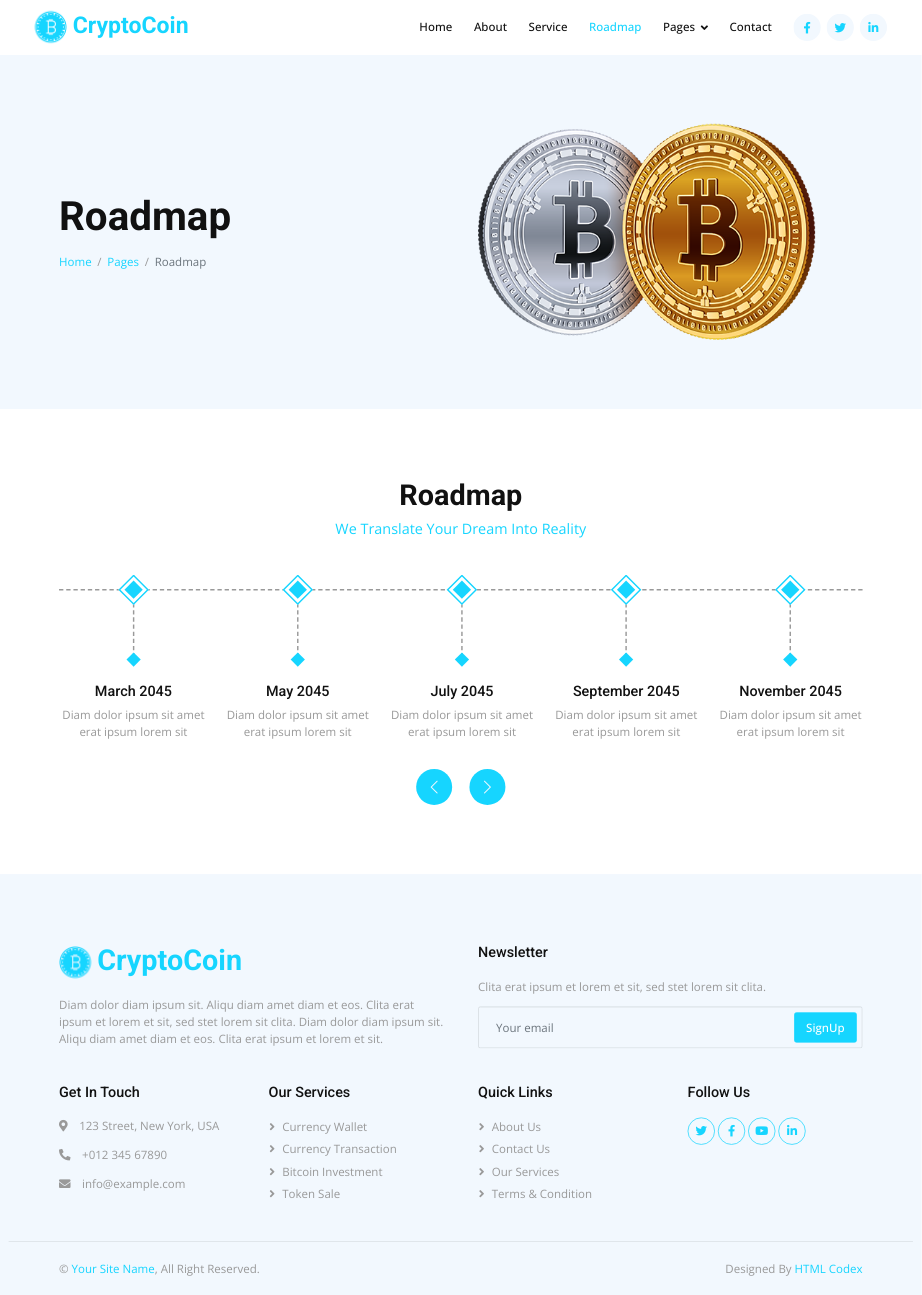
Repository: meenadabhii/nexacrypto
Page: roadmap.html
An editor plug-in stored every save of this project. The page is shown before and after the next save, followed by the edit.
The browser window is 1280 px wide. The pictures show the whole page, at 72% of full size.
Some web libraries are served in a nearby version.

Above is the page before, as saved 2025-03-21 17:04:52.

### roadmap.html
<!DOCTYPE html>
<html lang="en">

<head>
    <meta charset="utf-8">
    <title>CryptoCoin - Free Cryptocurrency Website Template</title>
    <meta content="width=device-width, initial-scale=1.0" name="viewport">
    <meta content="" name="keywords">
    <meta content="" name="description">

    <!-- Favicon -->
    <link href="img/favicon.ico" rel="icon">

    <!-- Google Web Fonts -->
    <link rel="preconnect" href="https://fonts.googleapis.com">
    <link rel="preconnect" href="https://fonts.gstatic.com" crossorigin>
    <link href="https://fonts.googleapis.com/css2?family=Open+Sans:wght@400;500&family=Roboto:wght@500;700&display=swap" rel="stylesheet">

    <!-- Icon Font Stylesheet -->
    <link href="https://cdnjs.cloudflare.com/ajax/libs/font-awesome/5.10.0/css/all.min.css" rel="stylesheet">
    <link href="https://cdn.jsdelivr.net/npm/bootstrap-icons@1.4.1/font/bootstrap-icons.css" rel="stylesheet">

    <!-- Libraries Stylesheet -->
    <link href="lib/animate/animate.min.css" rel="stylesheet">
    <link href="lib/owlcarousel/assets/owl.carousel.min.css" rel="stylesheet">

    <!-- Customized Bootstrap Stylesheet -->
    <link href="css/bootstrap.min.css" rel="stylesheet">

    <!-- Template Stylesheet -->
    <link href="css/style.css" rel="stylesheet">
</head>

<body>
    <!-- Spinner Start -->
    <div id="spinner" class="show bg-white position-fixed translate-middle w-100 vh-100 top-50 start-50 d-flex align-items-center justify-content-center">
        <div class="spinner-grow text-primary" role="status"></div>
    </div>
    <!-- Spinner End -->


    <!-- Navbar Start -->
    <nav class="navbar navbar-expand-lg bg-white navbar-light sticky-top p-0 px-4 px-lg-5">
        <a href="index.html" class="navbar-brand d-flex align-items-center">
            <h2 class="m-0 text-primary"><img class="img-fluid me-2" src="img/icon-1.png" alt="" style="width: 45px;">CryptoCoin</h2>
        </a>
        <button type="button" class="navbar-toggler" data-bs-toggle="collapse" data-bs-target="#navbarCollapse">
            <span class="navbar-toggler-icon"></span>
        </button>
        <div class="collapse navbar-collapse" id="navbarCollapse">
            <div class="navbar-nav ms-auto py-4 py-lg-0">
                <a href="index.html" class="nav-item nav-link">Home</a>
                <a href="about.html" class="nav-item nav-link">About</a>
                <a href="service.html" class="nav-item nav-link">Service</a>
                <a href="roadmap.html" class="nav-item nav-link active">Roadmap</a>
                <div class="nav-item dropdown">
                    <a href="#" class="nav-link dropdown-toggle" data-bs-toggle="dropdown">Pages</a>
                    <div class="dropdown-menu shadow-sm m-0">
                        <a href="feature.html" class="dropdown-item">Feature</a>
                        <a href="token.html" class="dropdown-item">Token Sale</a>
                        <a href="faq.html" class="dropdown-item">FAQs</a>
                        <a href="404.html" class="dropdown-item">404 Page</a>
                    </div>
                </div>
                <a href="contact.html" class="nav-item nav-link">Contact</a>
            </div>
            <div class="h-100 d-lg-inline-flex align-items-center d-none">
                <a class="btn btn-square rounded-circle bg-light text-primary me-2" href=""><i class="fab fa-facebook-f"></i></a>
                <a class="btn btn-square rounded-circle bg-light text-primary me-2" href=""><i class="fab fa-twitter"></i></a>
                <a class="btn btn-square rounded-circle bg-light text-primary me-0" href=""><i class="fab fa-linkedin-in"></i></a>
            </div>
        </div>
    </nav>
    <!-- Navbar End -->


    <!-- Header Start -->
    <div class="container-fluid hero-header bg-light py-5 mb-5">
        <div class="container py-5">
            <div class="row g-5 align-items-center">
                <div class="col-lg-6">
                    <h1 class="display-4 mb-3 animated slideInDown">Roadmap</h1>
                    <nav aria-label="breadcrumb animated slideInDown">
                        <ol class="breadcrumb mb-0">
                            <li class="breadcrumb-item"><a href="#">Home</a></li>
                            <li class="breadcrumb-item"><a href="#">Pages</a></li>
                            <li class="breadcrumb-item active" aria-current="page">Roadmap</li>
                        </ol>
                    </nav>
                </div>
                <div class="col-lg-6 animated fadeIn">
                    <img class="img-fluid animated pulse infinite" style="animation-duration: 3s;" src="img/hero-2.png" alt="">
                </div>
            </div>
        </div>
    </div>
    <!-- Header End -->


    <!-- Roadmap Start -->
    <div class="container-xxl py-5">
        <div class="container">
            <div class="text-center mx-auto wow fadeInUp" data-wow-delay="0.1s" style="max-width: 500px;">
                <h1 class="display-6">Roadmap</h1>
                <p class="text-primary fs-5 mb-5">We Translate Your Dream Into Reality</p>
            </div>
            <div class="owl-carousel roadmap-carousel wow fadeInUp" data-wow-delay="0.1s">
                <div class="roadmap-item">
                    <div class="roadmap-point"><span></span></div>
                    <h5>January 2045</h5>
                    <span>Diam dolor ipsum sit amet erat ipsum lorem sit</span>
                </div>
                <div class="roadmap-item">
                    <div class="roadmap-point"><span></span></div>
                    <h5>March 2045</h5>
                    <span>Diam dolor ipsum sit amet erat ipsum lorem sit</span>
                </div>
                <div class="roadmap-item">
                    <div class="roadmap-point"><span></span></div>
                    <h5>May 2045</h5>
                    <span>Diam dolor ipsum sit amet erat ipsum lorem sit</span>
                </div>
                <div class="roadmap-item">
                    <div class="roadmap-point"><span></span></div>
                    <h5>July 2045</h5>
                    <span>Diam dolor ipsum sit amet erat ipsum lorem sit</span>
                </div>
                <div class="roadmap-item">
                    <div class="roadmap-point"><span></span></div>
                    <h5>September 2045</h5>
                    <span>Diam dolor ipsum sit amet erat ipsum lorem sit</span>
                </div>
                <div class="roadmap-item">
                    <div class="roadmap-point"><span></span></div>
                    <h5>November 2045</h5>
                    <span>Diam dolor ipsum sit amet erat ipsum lorem sit</span>
                </div>
            </div>
        </div>
    </div>
    <!-- Roadmap End -->


    <!-- Footer Start -->
    <div class="container-fluid bg-light footer mt-5 pt-5 wow fadeIn" data-wow-delay="0.1s">
        <div class="container py-5">
            <div class="row g-5">
                <div class="col-md-6">
                    <h1 class="text-primary mb-4"><img class="img-fluid me-2" src="img/icon-1.png" alt="" style="width: 45px;">CryptoCoin</h1>
                    <span>Diam dolor diam ipsum sit. Aliqu diam amet diam et eos. Clita erat ipsum et lorem et sit, sed stet lorem sit clita. Diam dolor diam ipsum sit. Aliqu diam amet diam et eos. Clita erat ipsum et lorem et sit.</span>
                </div>
                <div class="col-md-6">
                    <h5 class="mb-4">Newsletter</h5>
                    <p>Clita erat ipsum et lorem et sit, sed stet lorem sit clita.</p>
                    <div class="position-relative">
                        <input class="form-control bg-transparent w-100 py-3 ps-4 pe-5" type="text" placeholder="Your email">
                        <button type="button" class="btn btn-primary py-2 px-3 position-absolute top-0 end-0 mt-2 me-2">SignUp</button>
                    </div>
                </div>
                <div class="col-lg-3 col-md-6">
                    <h5 class="mb-4">Get In Touch</h5>
                    <p><i class="fa fa-map-marker-alt me-3"></i>123 Street, New York, USA</p>
                    <p><i class="fa fa-phone-alt me-3"></i>+012 345 67890</p>
                    <p><i class="fa fa-envelope me-3"></i>info@example.com</p>
                </div>
                <div class="col-lg-3 col-md-6">
                    <h5 class="mb-4">Our Services</h5>
                    <a class="btn btn-link" href="">Currency Wallet</a>
                    <a class="btn btn-link" href="">Currency Transaction</a>
                    <a class="btn btn-link" href="">Bitcoin Investment</a>
                    <a class="btn btn-link" href="">Token Sale</a>
                </div>
                <div class="col-lg-3 col-md-6">
                    <h5 class="mb-4">Quick Links</h5>
                    <a class="btn btn-link" href="">About Us</a>
                    <a class="btn btn-link" href="">Contact Us</a>
                    <a class="btn btn-link" href="">Our Services</a>
                    <a class="btn btn-link" href="">Terms & Condition</a>
                </div>
                <div class="col-lg-3 col-md-6">
                    <h5 class="mb-4">Follow Us</h5>
                    <div class="d-flex">
                        <a class="btn btn-square rounded-circle me-1" href=""><i class="fab fa-twitter"></i></a>
                        <a class="btn btn-square rounded-circle me-1" href=""><i class="fab fa-facebook-f"></i></a>
                        <a class="btn btn-square rounded-circle me-1" href=""><i class="fab fa-youtube"></i></a>
                        <a class="btn btn-square rounded-circle me-1" href=""><i class="fab fa-linkedin-in"></i></a>
                    </div>
                </div>
            </div>
        </div>
        <div class="container-fluid copyright">
            <div class="container">
                <div class="row">
                    <div class="col-md-6 text-center text-md-start mb-3 mb-md-0">
                        &copy; <a href="#">Your Site Name</a>, All Right Reserved.
                    </div>
                    <div class="col-md-6 text-center text-md-end">
                        <!--/*** This template is free as long as you keep the footer author’s credit link/attribution link/backlink. If you'd like to use the template without the footer author’s credit link/attribution link/backlink, you can purchase the Credit Removal License from "https://htmlcodex.com/credit-removal". Thank you for your support. ***/-->
                        Designed By <a href="https://htmlcodex.com">HTML Codex</a>
                    </div>
                </div>
            </div>
        </div>
    </div>
    <!-- Footer End -->


    <!-- Back to Top -->
    <a href="#" class="btn btn-lg btn-primary btn-lg-square rounded-circle back-to-top"><i class="bi bi-arrow-up"></i></a>


    <!-- JavaScript Libraries -->
    <script src="https://code.jquery.com/jquery-3.4.1.min.js"></script>
    <script src="https://cdn.jsdelivr.net/npm/bootstrap@5.0.0/dist/js/bootstrap.bundle.min.js"></script>
    <script src="lib/wow/wow.min.js"></script>
    <script src="lib/easing/easing.min.js"></script>
    <script src="lib/waypoints/waypoints.min.js"></script>
    <script src="lib/owlcarousel/owl.carousel.min.js"></script>
    <script src="lib/counterup/counterup.min.js"></script>

    <!-- Template Javascript -->
    <script src="js/main.js"></script>
</body>

</html>

### css/style.css
/********** Template CSS **********/
:root {
    --primary: #16D5FF;
    --secondary: #999999;
    --light: #F2F8FE;
    --dark: #111111;
}

.back-to-top {
    position: fixed;
    display: none;
    right: 30px;
    bottom: 60px;
    z-index: 99;
}

h4,
h5,
h6,
.h4,
.h5,
.h6 {
    font-weight: 500 !important;
}


/*** Spinner ***/
#spinner {
    opacity: 0;
    visibility: hidden;
    transition: opacity .5s ease-out, visibility 0s linear .5s;
    z-index: 99999;
}

#spinner.show {
    transition: opacity .5s ease-out, visibility 0s linear 0s;
    visibility: visible;
    opacity: 1;
}


/*** Button ***/
.btn {
    font-weight: 500;
    transition: .5s;
}

.btn.btn-primary {
    color: #FFFFFF;
}

.btn-square {
    width: 38px;
    height: 38px;
}

.btn-sm-square {
    width: 32px;
    height: 32px;
}

.btn-lg-square {
    width: 48px;
    height: 48px;
}

.btn-square,
.btn-sm-square,
.btn-lg-square {
    padding: 0;
    display: flex;
    align-items: center;
    justify-content: center;
    font-weight: normal;
}


/*** Navbar ***/
.navbar.sticky-top {
    top: -100px;
    transition: .5s;
}

.navbar .navbar-brand {
    height: 75px;
}

.navbar .navbar-nav .nav-link {
    margin-right: 30px;
    padding: 25px 0;
    color: var(--dark);
    font-weight: 500;
    outline: none;
}

.navbar .navbar-nav .nav-link:hover,
.navbar .navbar-nav .nav-link.active {
    color: var(--primary);
}

.navbar .dropdown-toggle::after {
    border: none;
    content: "\f107";
    font-family: "Font Awesome 5 Free";
    font-weight: 900;
    vertical-align: middle;
    margin-left: 8px;
}

@media (max-width: 991.98px) {
    .navbar .navbar-nav .nav-link  {
        margin-right: 0;
        padding: 10px 0;
    }

    .navbar .navbar-nav {
        border-top: 1px solid #EEEEEE;
    }
}

@media (min-width: 992px) {
    .navbar .nav-item .dropdown-menu {
        display: block;
        border: none;
        margin-top: 0;
        top: 150%;
        opacity: 0;
        visibility: hidden;
        transition: .5s;
    }

    .navbar .nav-item:hover .dropdown-menu {
        top: 100%;
        visibility: visible;
        transition: .5s;
        opacity: 1;
    }
}

.navbar .btn:hover {
    color: #FFFFFF !important;
    background: var(--primary) !important;
}


/*** Header ***/
.hero-header .breadcrumb-item+.breadcrumb-item::before {
    color: var(--secondary);
}


/*** Service ***/
.service-item {
    position: relative;
    overflow: hidden;
}

.service-item::after {
    position: absolute;
    content: "";
    width: 0;
    height: 0;
    top: -80px;
    right: -80px;
    border: 80px solid;
    transform: rotate(45deg);
    opacity: 1;
    transition: .5s;
}

.service-item.bg-white::after {
    border-color: transparent transparent var(--light) transparent;
}

.service-item.bg-light::after {
    border-color: transparent transparent #FFFFFF transparent;
}

.service-item:hover::after {
    opacity: 0;
}


/*** Roadmap ***/
.roadmap-carousel {
    position: relative;
}

.roadmap-carousel::before {
    position: absolute;
    content: "";
    height: 0;
    width: 100%;
    top: 20px;
    left: 0;
    border-top: 2px dashed var(--secondary);
}

.roadmap-carousel .roadmap-item .roadmap-point {
    position: absolute;
    width: 30px;
    height: 30px;
    top: 6px;
    left: 50%;
    margin-left: -15px;
    background: #FFFFFF;
    border: 2px solid var(--primary);
    transform: rotate(45deg);
    display: flex;
    align-items: center;
    justify-content: center;
}

.roadmap-carousel .roadmap-item .roadmap-point span {
    display: block;
    width: 18px;
    height: 18px;
    background: var(--primary);
}

.roadmap-carousel .roadmap-item {
    position: relative;
    padding-top: 150px;
    text-align: center;
}

.roadmap-carousel .roadmap-item::before {
    position: absolute;
    content: "";
    width: 0;
    height: 115px;
    top: 0;
    left: 50%;
    transform: translateX(-50%);
    border-right: 2px dashed var(--secondary);
}

.roadmap-carousel .roadmap-item::after {
    position: absolute;
    content: "";
    width: 14px;
    height: 14px;
    top: 111px;
    left: 50%;
    margin-left: -7px;
    transform: rotate(45deg);
    background: var(--primary);
}

.roadmap-carousel .owl-nav {
    margin-top: 40px;
    display: flex;
    justify-content: center;
}

.roadmap-carousel .owl-nav .owl-prev,
.roadmap-carousel .owl-nav .owl-next {
    margin: 0 12px;
    width: 50px;
    height: 50px;
    display: flex;
    align-items: center;
    justify-content: center;
    border-radius: 50px;
    font-size: 22px;
    color: var(--light);
    background: var(--primary);
    transition: .5s;
}

.roadmap-carousel .owl-nav .owl-prev:hover,
.roadmap-carousel .owl-nav .owl-next:hover {
    color: var(--primary);
    background: var(--dark);
}


/*** FAQs ***/
.accordion .accordion-item {
    border: none;
    margin-bottom: 15px;
}

.accordion .accordion-button {
    background: var(--light);
    border-radius: 2px;
}

.accordion .accordion-button:not(.collapsed) {
    color: #FFFFFF;
    background: var(--primary);
    box-shadow: none;
}

.accordion .accordion-button:not(.collapsed)::after {
    background-image: url("data:[embedded picture, 261 characters]");
}

.accordion .accordion-body {
    padding: 15px 0 0 0;
}


/*** Footer ***/
.footer .btn.btn-link {
    display: block;
    margin-bottom: 5px;
    padding: 0;
    text-align: left;
    color: var(--secondary);
    font-weight: normal;
    text-transform: capitalize;
    transition: .3s;
}

.footer .btn.btn-link::before {
    position: relative;
    content: "\f105";
    font-family: "Font Awesome 5 Free";
    font-weight: 900;
    color: var(--secondary);
    margin-right: 10px;
}

.footer .btn.btn-link:hover {
    color: var(--primary);
    letter-spacing: 1px;
    box-shadow: none;
}

.footer .btn.btn-square {
    color: var(--primary);
    border: 1px solid var(--primary);
}

.footer .btn.btn-square:hover {
    color: #FFFFFF;
    background: var(--primary);
}

.footer .copyright {
    padding: 25px 0;
    border-top: 1px solid rgba(17, 17, 17, .1);
}

.footer .copyright a {
    color: var(--primary);
}

.footer .copyright a:hover {
    color: var(--dark);
}

### js/main.js
(function ($) {
    "use strict";

    // Spinner
    var spinner = function () {
        setTimeout(function () {
            if ($('#spinner').length > 0) {
                $('#spinner').removeClass('show');
            }
        }, 1);
    };
    spinner();


    // Initiate the wowjs
    new WOW().init();


    // Sticky Navbar
    $(window).scroll(function () {
        if ($(this).scrollTop() > 300) {
            $('.sticky-top').addClass('shadow-sm').css('top', '0px');
        } else {
            $('.sticky-top').removeClass('shadow-sm').css('top', '-100px');
        }
    });


    // Back to top button
    $(window).scroll(function () {
        if ($(this).scrollTop() > 300) {
            $('.back-to-top').fadeIn('slow');
        } else {
            $('.back-to-top').fadeOut('slow');
        }
    });
    $('.back-to-top').click(function () {
        $('html, body').animate({scrollTop: 0}, 1500, 'easeInOutExpo');
        return false;
    });


    // Facts counter
    $('[data-toggle="counter-up"]').counterUp({
        delay: 10,
        time: 2000
    });


    // Roadmap carousel
    $(".roadmap-carousel").owlCarousel({
        autoplay: true,
        smartSpeed: 1000,
        margin: 25,
        loop: true,
        dots: false,
        nav: true,
        navText : [
            '<i class="bi bi-chevron-left"></i>',
            '<i class="bi bi-chevron-right"></i>'
        ],
        responsive: {
            0:{
                items:1
            },
            576:{
                items:2
            },
            768:{
                items:3
            },
            992:{
                items:4
            },
            1200:{
                items:5
            }
        }
    });


    // Testimonials carousel
    $(".testimonial-carousel").owlCarousel({
        autoplay: true,
        smartSpeed: 1000,
        margin: 25,
        loop: true,
        center: true,
        dots: false,
        nav: true,
        navText : [
            '<i class="bi bi-chevron-left"></i>',
            '<i class="bi bi-chevron-right"></i>'
        ],
        responsive: {
            0:{
                items:1
            },
            768:{
                items:2
            },
            992:{
                items:3
            }
        }
    });


})(jQuery);

Loaded but not shown: lib/animate/animate.min.css (library); lib/owlcarousel/assets/owl.carousel.min.css (common file); css/bootstrap.min.css (library); lib/wow/wow.min.js (library); lib/easing/easing.min.js (common file); lib/waypoints/waypoints.min.js (library); lib/owlcarousel/owl.carousel.min.js (library); lib/counterup/counterup.min.js (common file)

After the next save:
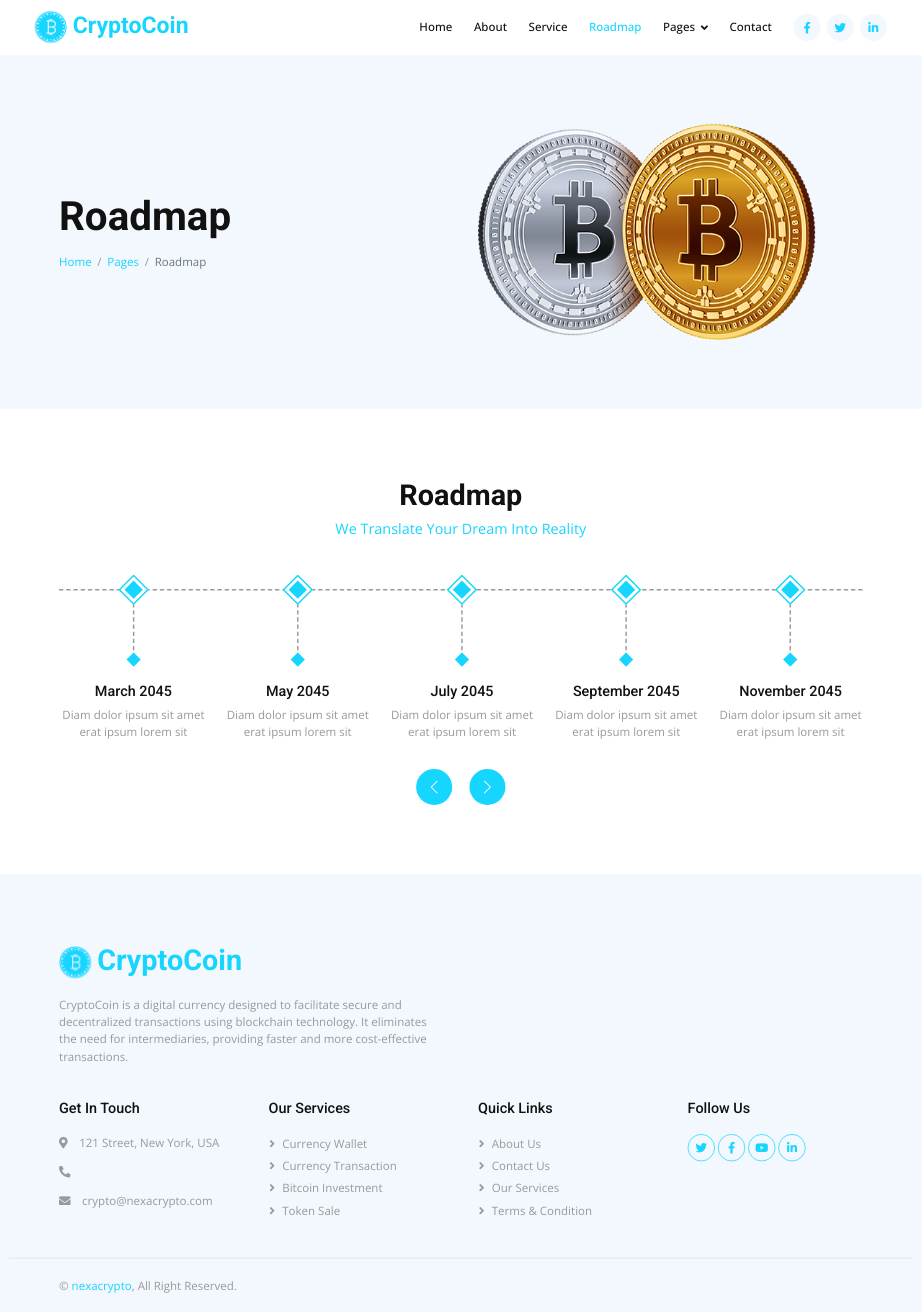
Saved 15 s later.
--- a/roadmap.html
+++ b/roadmap.html
@@ -147,21 +147,15 @@
             <div class="row g-5">
                 <div class="col-md-6">
                     <h1 class="text-primary mb-4"><img class="img-fluid me-2" src="img/icon-1.png" alt="" style="width: 45px;">CryptoCoin</h1>
-                    <span>Diam dolor diam ipsum sit. Aliqu diam amet diam et eos. Clita erat ipsum et lorem et sit, sed stet lorem sit clita. Diam dolor diam ipsum sit. Aliqu diam amet diam et eos. Clita erat ipsum et lorem et sit.</span>
+                    <span>CryptoCoin is a digital currency designed to facilitate secure and decentralized transactions using blockchain technology. It eliminates the need for intermediaries, providing faster and more cost-effective transactions.</span>
                 </div>
                 <div class="col-md-6">
-                    <h5 class="mb-4">Newsletter</h5>
-                    <p>Clita erat ipsum et lorem et sit, sed stet lorem sit clita.</p>
-                    <div class="position-relative">
-                        <input class="form-control bg-transparent w-100 py-3 ps-4 pe-5" type="text" placeholder="Your email">
-                        <button type="button" class="btn btn-primary py-2 px-3 position-absolute top-0 end-0 mt-2 me-2">SignUp</button>
-                    </div>
                 </div>
                 <div class="col-lg-3 col-md-6">
                     <h5 class="mb-4">Get In Touch</h5>
-                    <p><i class="fa fa-map-marker-alt me-3"></i>123 Street, New York, USA</p>
-                    <p><i class="fa fa-phone-alt me-3"></i>+012 345 67890</p>
-                    <p><i class="fa fa-envelope me-3"></i>info@example.com</p>
+                    <p><i class="fa fa-map-marker-alt me-3"></i>121 Street, New York, USA</p>
+                    <p><i class="fa fa-phone-alt me-3"></i></p>
+                    <p><i class="fa fa-envelope me-3"></i>crypto@nexacrypto.com</p>
                 </div>
                 <div class="col-lg-3 col-md-6">
                     <h5 class="mb-4">Our Services</h5>
@@ -192,12 +186,9 @@
             <div class="container">
                 <div class="row">
                     <div class="col-md-6 text-center text-md-start mb-3 mb-md-0">
-                        &copy; <a href="#">Your Site Name</a>, All Right Reserved.
+                        &copy; <a href="#">nexacrypto</a>, All Right Reserved.
                     </div>
-                    <div class="col-md-6 text-center text-md-end">
-                        <!--/*** This template is free as long as you keep the footer author’s credit link/attribution link/backlink. If you'd like to use the template without the footer author’s credit link/attribution link/backlink, you can purchase the Credit Removal License from "https://htmlcodex.com/credit-removal". Thank you for your support. ***/-->
-                        Designed By <a href="https://htmlcodex.com">HTML Codex</a>
-                    </div>
+
                 </div>
             </div>
         </div>
